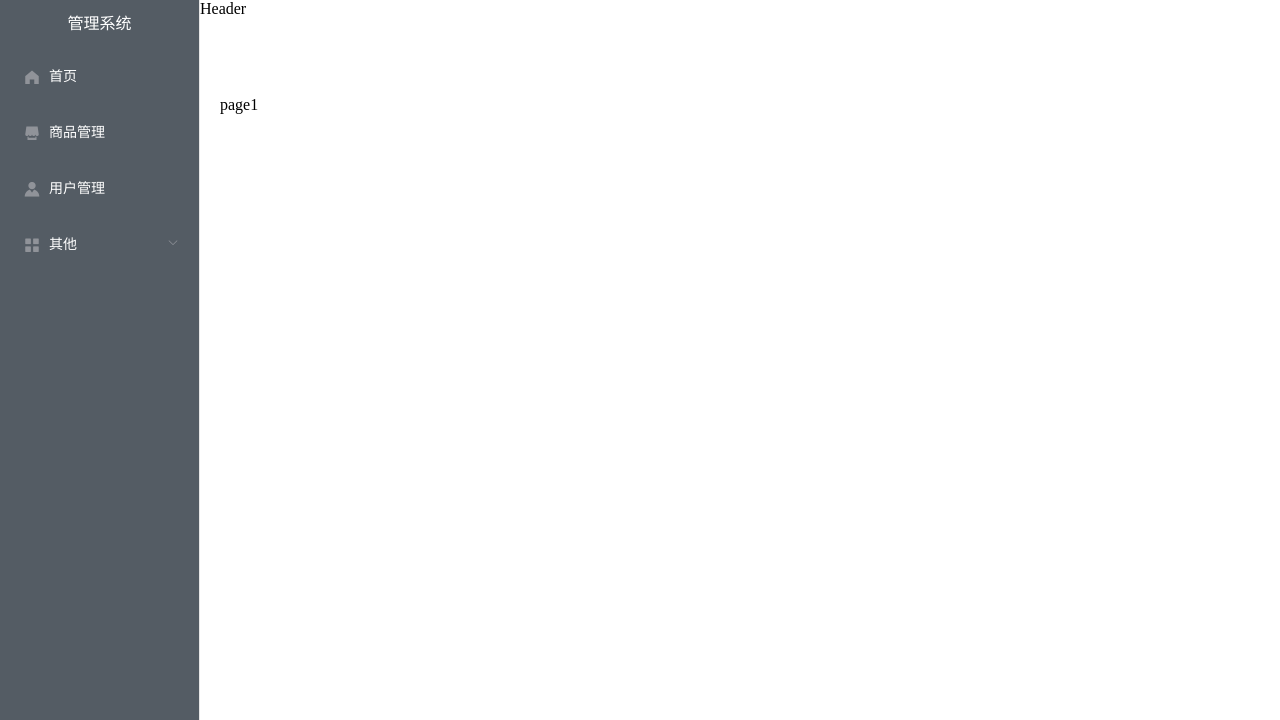
Repository: tkqi/manage
Page: /#/page1
The author's editor kept a copy of each file at every save. The page is drawn from the files as they stood at one save, then again after the next save.
The browser window is 1280 px wide. The pictures show the whole page.
The project was rebuilt for these pictures with package versions that can differ from the ones it lists, and the page was loaded fresh each time. Also part of the build but not shown: vue.config.js.

Above is the page before, as saved 2023-12-01 15:56:22.

### src/main.js
import Vue from 'vue'
import App from './App.vue'
import router from './router'
import store from './store'
import ElementUI from 'element-ui';
import 'element-ui/lib/theme-chalk/index.css';

Vue.config.productionTip = false
Vue.use(ElementUI);

new Vue({
  router,
  store,
  render: h => h(App)
}).$mount('#app')

### src/App.vue
<template>
  <div id="app">
    <!-- 路由出口 -->
    <router-view />
  </div>
</template>

<script>
export default {
  name: 'App'
}
</script>

<style lang="less">
html,
body,
h3 {
  margin: 0;
  padding: 0;
}
</style>

### src/router/index.js
import Vue from 'vue'
import VueRouter from 'vue-router'
import routes from './routes'
Vue.use(VueRouter)


const router = new VueRouter({
  routes: routes
})

// 暴露router实例
export default router

### src/router/routes.js
export default [
    // 主路由
    {
        path: '/',
        component: () => import('../views/Main.vue'),
        redirect:'/home',// 重定向
        // 子路由
        children: [
            {
                // 首页
                path: '/home',
                // 路由组件懒加载
                component: () => import('../views/Home.vue')
            },
            {
                // 用户管理
                path: '/user',
                component: () => import('../views/User.vue')
            },
            {
                // 商品管理
                path: '/mall',
                component: () => import('../views/Mall.vue')
            },
            {
                // 其他/页面1
                path: '/page1',
                component: () => import('../views/Page1.vue')
            },
            {
                // 其他/页面2
                path: '/page2',
                component: () => import('../views/Page2.vue')
            },
        ]
    },
    {
        path: '/home',
        // 路由组件懒加载
        component: () => import('../views/Home.vue')
    },
    {
        path: '/user',
        component: () => import('../views/User.vue')
    }
]

### src/views/Main.vue
<!-- eslint-disable vue/multi-word-component-names -->
<template>
    <div>
        <el-container >
            <el-aside width="200px"><sidebar/></el-aside>
            <el-container>
                <el-header>Header</el-header>
                <el-main><router-view /></el-main>
            </el-container>
        </el-container>

    </div>
</template>

<script>
import sidebar from '../components/sidebar.vue'
export default {
    components:{
        sidebar
    }
}
</script>

<style lang="less" scoped>
.el-header {
    padding: 0
}
</style>

### src/views/Page1.vue
<!-- eslint-disable vue/multi-word-component-names -->
<template>
    <div>
        <p>page1</p>
    </div>
</template>

<script>

</script>

### src/components/sidebar.vue
<!-- eslint-disable vue/multi-word-component-names -->
<template>
    <el-menu class="menu" @open="handleOpen" @close="handleClose" :collapse="isCollapse" background-color="#545c64"
        text-color="#fff" active-text-color="#ffd04b" collapse-transition="true" unique-opened="true">
        <h3>管理系统</h3>
        <el-menu-item v-for="item in noChildren" :key="item.name" :index="item.name" @click="clickMenu(item)">
            <i :class="`el-icon-${item.icon}`"></i>
            <span slot="title">{{ item.label }}</span>
        </el-menu-item>
        <el-submenu v-for="item in hasChildren" :key="item.label" :index="item.label">
            <template slot="title">
                <i :class="`el-icon-${item.icon}`"></i>
                <span slot="title">{{ item.label }}</span>
            </template>
            <el-menu-item-group v-for="subitem in item.children" :key="subitem.name">
                <el-menu-item :index="subitem.name" @click="clickSubmenu(subitem)">
                    <!-- <template slot="title"> -->
                    <i :class="`el-icon-${subitem.icon}`"></i>
                    <span slot="title">{{ subitem.name }}</span>
                    <!-- </template> -->
                </el-menu-item>
            </el-menu-item-group>
        </el-submenu>
    </el-menu>
</template>

<script>
export default {
    computed: {
        // 无子菜单
        noChildren() {
            return this.menuData.filter(o => !o.children);
        },
        // 有子菜单
        hasChildren() {
            return this.menuData.filter(o => o.children);
        }
    },
    data() {
        return {
            isCollapse: false,
            menuData: [
                {
                    path: '/',
                    name: 'home',
                    label: "首页",
                    icon: 's-home',
                    url: 'Home/Home'
                },
                {
                    path: '/mall',
                    name: 'mall',
                    label: "商品管理",
                    icon: 's-shop',
                    url: 'MallManage/MallManage'
                },
                {
                    path: '/user',
                    name: 'user',
                    label: "用户管理",
                    icon: 's-custom',
                    url: 'UserManage/UserManage'
                },
                {
                    label: '其他',
                    icon: 'menu',
                    children: [
                        {
                            path: '/page1',
                            name: 'page1',
                            label: "页面1",
                            icon: 's-claim',
                            url: 'Other/PageOne'
                        },
                        {
                            path: '/page2',
                            name: 'page2',
                            label: "页面2",
                            icon: 's-claim',
                            url: 'Other/PageTwo'
                        },
                    ]
                }
            ]
        };
    },
    methods: {
        handleOpen(key, keyPath) {
            console.log(key, keyPath);
        },
        handleClose(key, keyPath) {
            console.log(key, keyPath);
        },
        clickMenu(item) {
            console.log(this.$router.currentRoute.path);
            // 判断当前路由于点击链接的路由不一致才跳转
            if (item.path != this.$route.path && !(this.$route.path == '/home' && item.path=='/'))
                this.$router.push(item.path);
        },
        clickSubmenu(subitem) {
            // 判断当前路由于点击链接的路由不一致才跳转
            if (subitem.path != this.$route.path)
                this.$router.push(subitem.path);
        }
    }
}
</script>

<style lang="less" scoped>
.el-menu-vertical-demo:not(.el-menu--collapse) {
    width: 200px;
    min-height: 400px;
}

.menu {
    height: 100vh;

    h3 {
        color: rgb(255, 255, 255);
        text-align: center;
        line-height: 48px;
        font-size: 16px;
        font-weight: 400;
    }
}
</style>

### src/components/topbar.vue
<!-- eslint-disable vue/multi-word-component-names -->
<template>
    <div class="head-container">
        <div class="l-content"></div>
        <div class="r-content"></div>
    </div>
</template>

<script>
export default{

}
</script>

<style lang="less" scoped>
.head-container{
    background-color: #333;
    height: 60px;
}

.l-content{

}

.r-content{

}
</style>

Loaded but not shown: public/index.html (common file); src/store/index.js (common file)

After the next save:
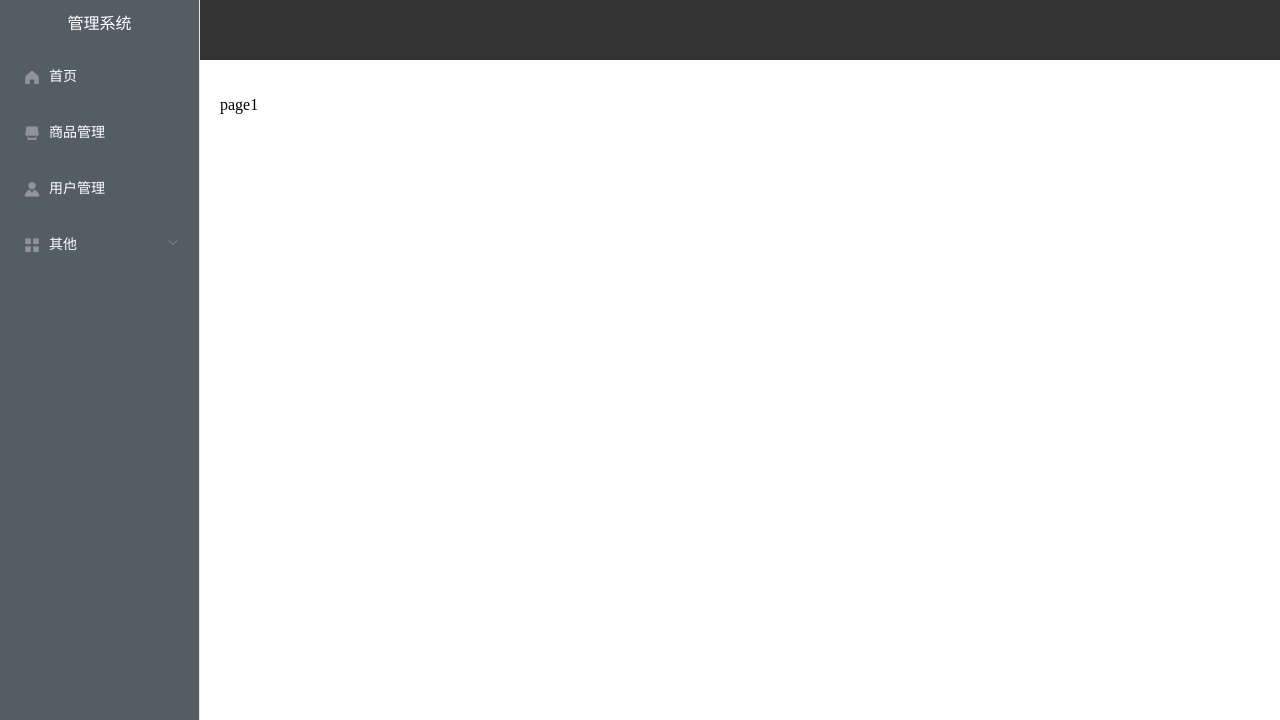
Saved 92 s later.
--- a/src/views/Main.vue
+++ b/src/views/Main.vue
@@ -1,10 +1,12 @@
 <!-- eslint-disable vue/multi-word-component-names -->
 <template>
     <div>
-        <el-container >
-            <el-aside width="200px"><sidebar/></el-aside>
+        <el-container>
+            <el-aside width="200px">
+                <sidebar />
+            </el-aside>
             <el-container>
-                <el-header>Header</el-header>
+                <el-header><topbar/></el-header>
                 <el-main><router-view /></el-main>
             </el-container>
         </el-container>
@@ -14,9 +16,11 @@
 
 <script>
 import sidebar from '../components/sidebar.vue'
+import topbar from '../components/topbar.vue';
 export default {
-    components:{
-        sidebar
+    components: {
+        sidebar,
+        topbar
     }
 }
 </script>
